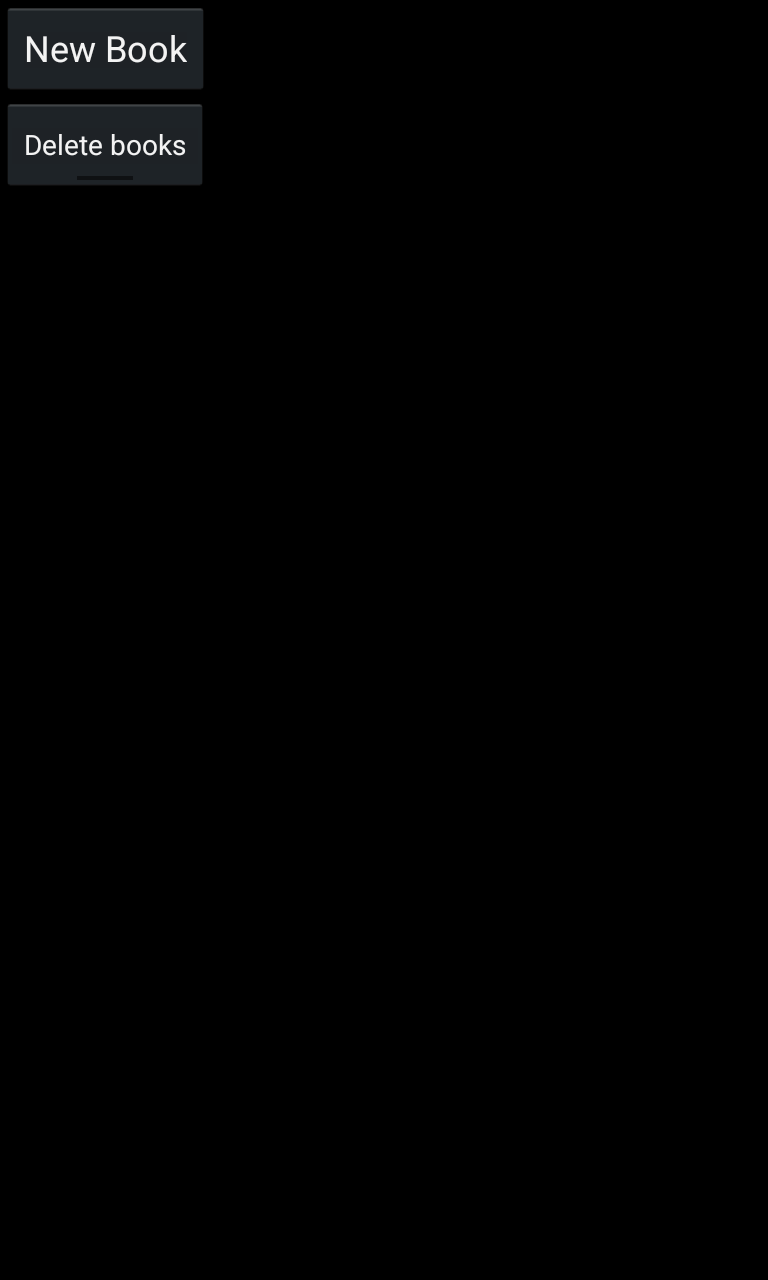
Repository: ringe/andra
Layout: Bookie/res/layout/list.xml
These files come from the project's save history. The layout is drawn as it stood at one moment and after the next save; the edit follows.
It is drawn on a 768 x 1280 px phone screen (xhdpi) without system bars, with theme android:Theme.Holo; the app's code is not run. Lists and similar views that code fills are empty.

Above is the layout before, as saved 2012-02-29 11:44:01.

After the next save:
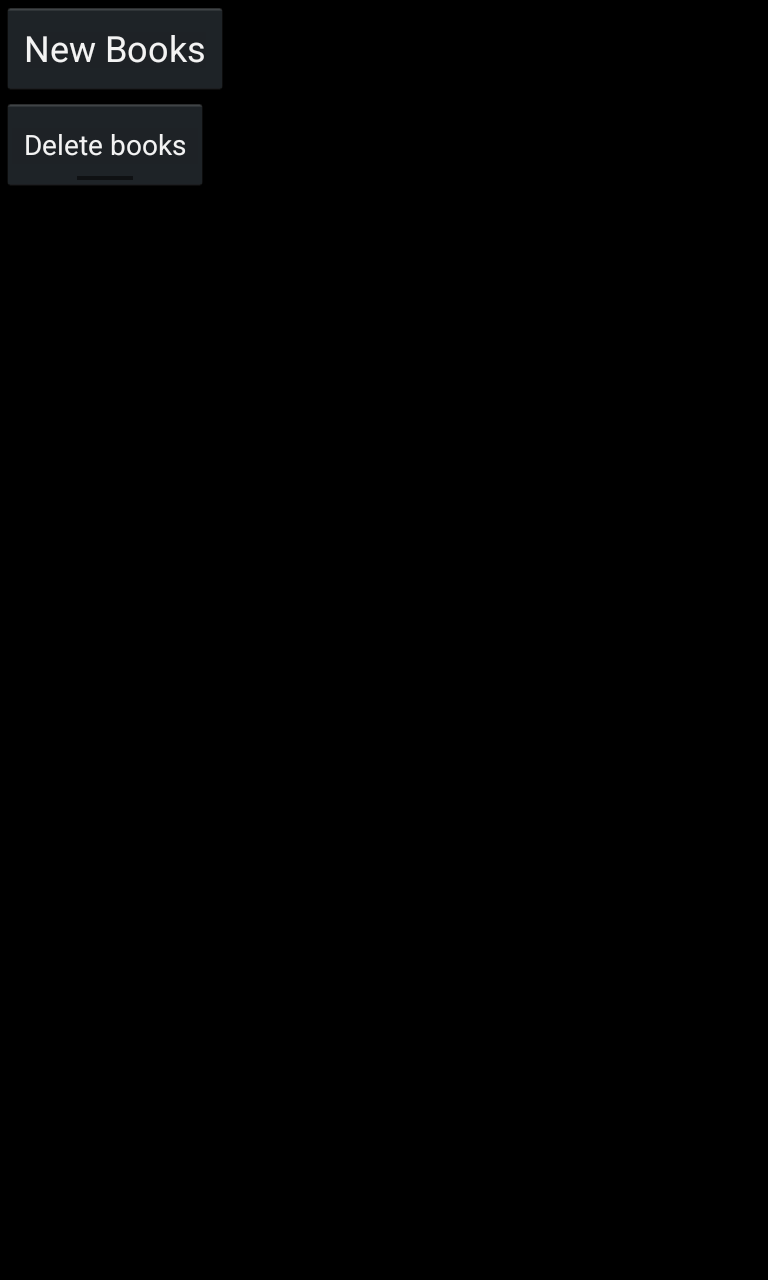
Saved 2 s later.
--- a/Bookie/res/layout/list.xml
+++ b/Bookie/res/layout/list.xml
@@ -8,7 +8,7 @@
         android:id="@+id/newbook"
         android:layout_width="wrap_content"
         android:layout_height="wrap_content"
-        android:text="New Book" />
+        android:text="New Books" />
 
     <ToggleButton
         android:id="@+id/deletebook"
